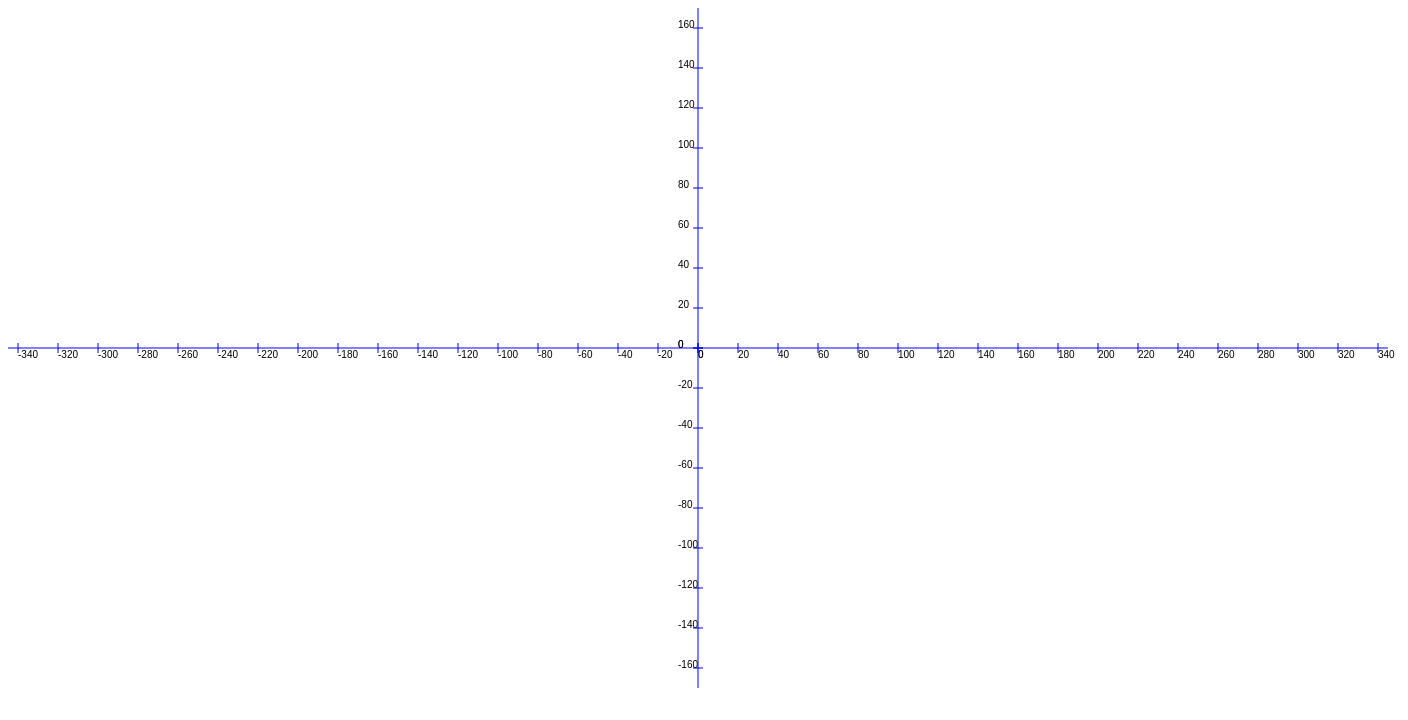
Repository: tclintaichung/book
Page: ex16/ex16_01/frame.html
The author's editor kept a copy of each file at every save. The page is drawn from the files as they stood at one save, then again after the next save.
The browser window is 1280 px wide. The page is 1408 px wide, so the pictures cover 1408 px, including what lies to the right of the window. The pictures show the whole page.

Above is the page before, as saved 2025-09-27 16:16:12.

After the next save:
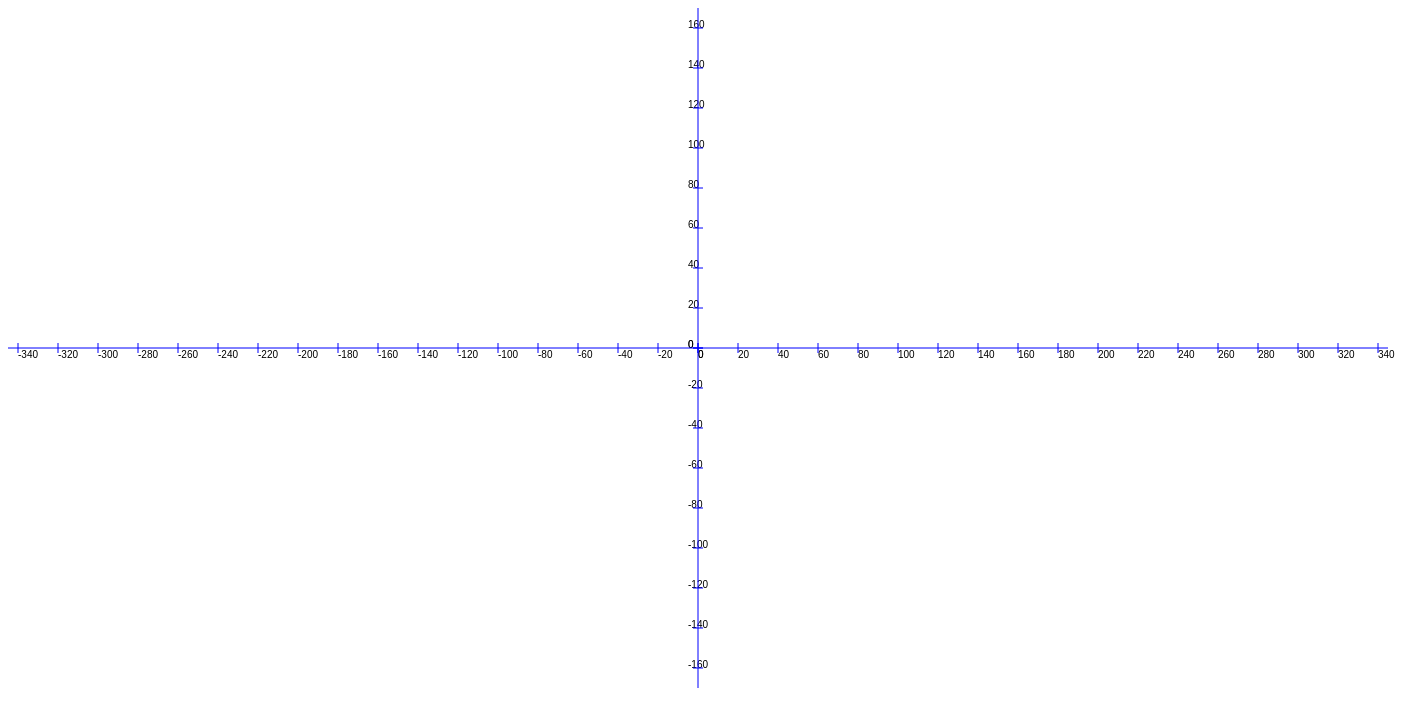
Saved 70 s later.
--- a/ex16/ex16_01/frame.html
+++ b/ex16/ex16_01/frame.html
@@ -52,13 +52,13 @@
                 label_i = (i - center_y) / scale;
                 ctx.moveTo(center_x - 5, i);
                 ctx.lineTo(center_x + 5, i);
-                ctx.fillText(String(label_i), center_x - 20, y_max -i);
+                ctx.fillText(String(label_i), center_x - 10, y_max -i);
             }
             for (let i = center_y; i >= y_min; i -= step) {
                 label_i = (i - center_y) / scale;
                 ctx.moveTo(center_x - 5, i);
                 ctx.lineTo(center_x + 5, i);
-                ctx.fillText(String(label_i), center_x - 20, y_max -i);
+                ctx.fillText(String(label_i), center_x - 10, y_max -i);
             }
             ctx.stroke();
         }

After the save that followed:
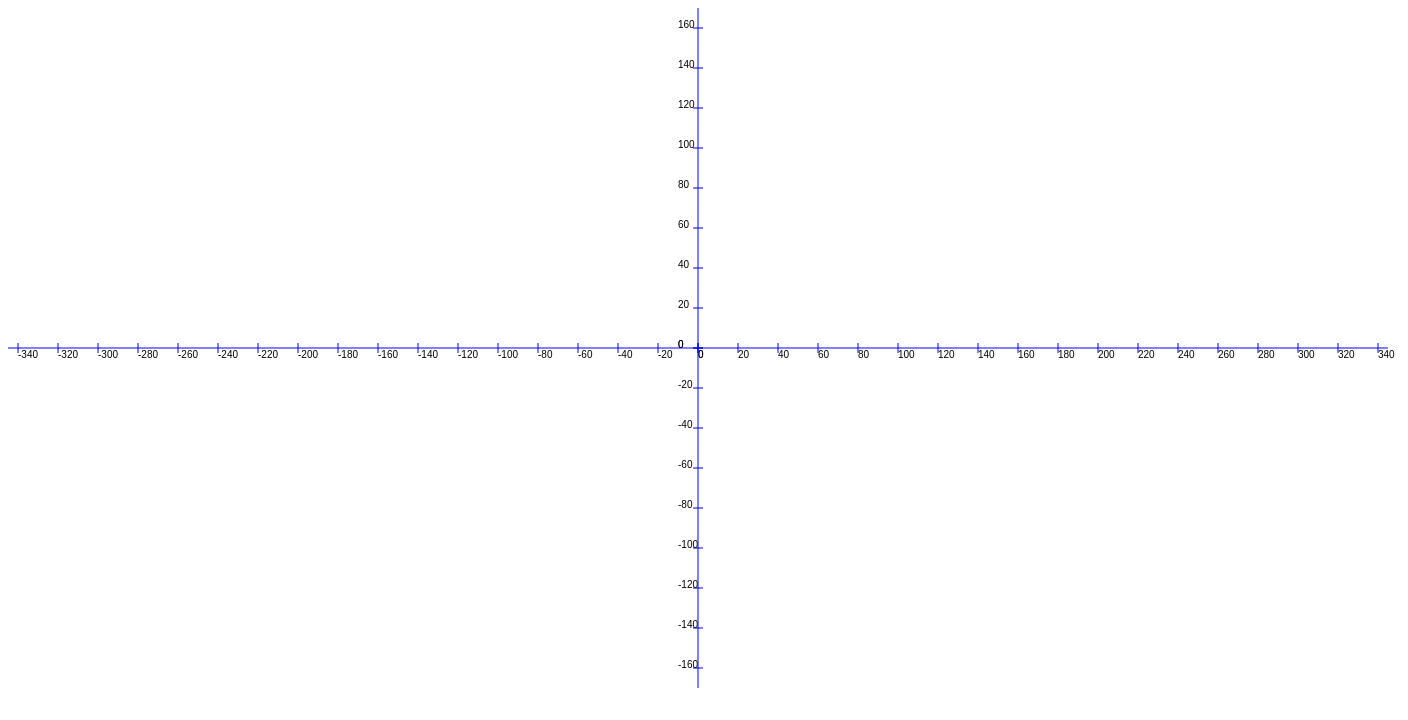
Saved 15 s later.
--- a/ex16/ex16_01/frame.html
+++ b/ex16/ex16_01/frame.html
@@ -52,13 +52,13 @@
                 label_i = (i - center_y) / scale;
                 ctx.moveTo(center_x - 5, i);
                 ctx.lineTo(center_x + 5, i);
-                ctx.fillText(String(label_i), center_x - 10, y_max -i);
+                ctx.fillText(String(label_i), center_x - 20, y_max -i);
             }
             for (let i = center_y; i >= y_min; i -= step) {
                 label_i = (i - center_y) / scale;
                 ctx.moveTo(center_x - 5, i);
                 ctx.lineTo(center_x + 5, i);
-                ctx.fillText(String(label_i), center_x - 10, y_max -i);
+                ctx.fillText(String(label_i), center_x - 20, y_max -i);
             }
             ctx.stroke();
         }
